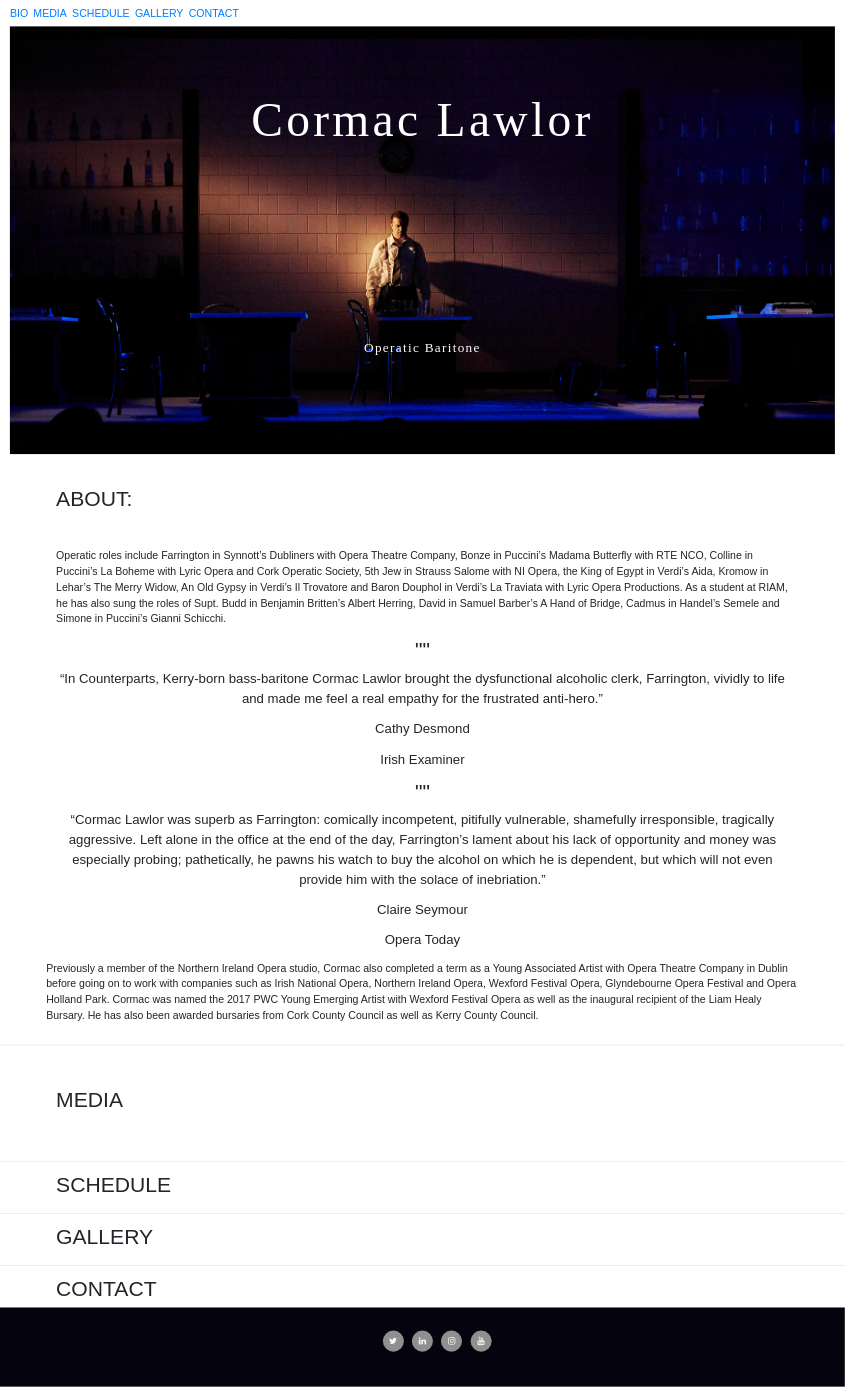
Repository: armedcor/frontend-project
Page: index.html
The author's editor kept a record of every edit. The page is drawn from the files as they stood at one moment, then again after the next edit.
The browser window is 1280 px wide. The page is 1280 px wide, then 1295 px, so the pictures cover 1295 px, including what lies to the right of the window. The pictures show the whole page, at 66% of full size.
Backgrounds fixed to the window are drawn as part of the page. Some web fonts or font styles are not loaded; a fallback is used.

Above is the page before.

After the next edit:
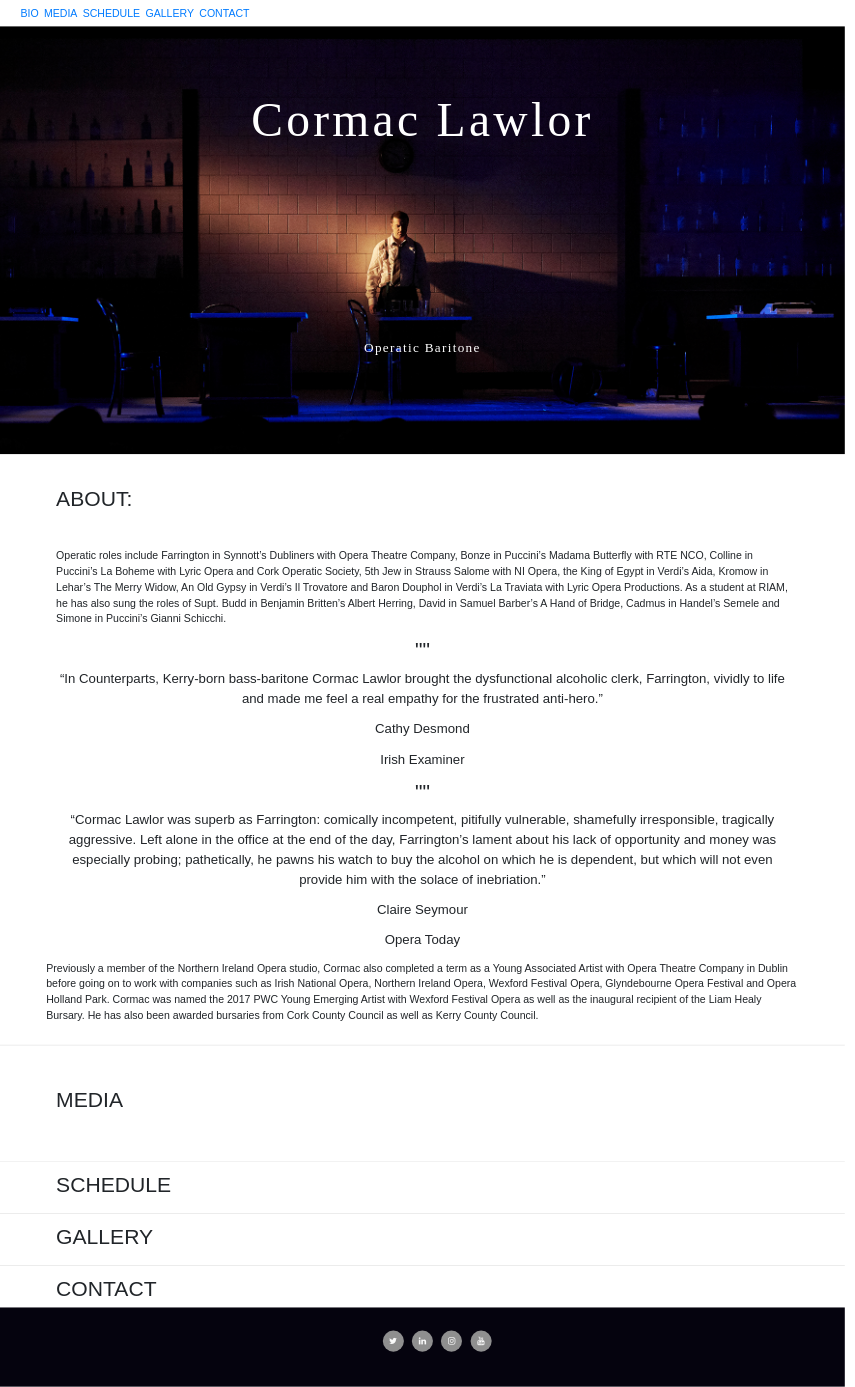
The edit:
--- a/index.html
+++ b/index.html
@@ -18,16 +18,17 @@
 
 <body>
     <!-- Main landing image -->
-<div class="container-fluid">
-            <nav class="navbar navbar-nav navbar-expand-sm">
-                <ul class="navbar-nav mr-auto">
-                    <li class="active nav-item mr-2"><a class="page-scroll" href="#about-me">BIO</a></li>
-                    <li class="nav-item mr-2"><a class="page-scroll" href="#media">MEDIA</a></li>
-                    <li class="nav-item mr-2"><a class="page-scroll" href="#schedule">SCHEDULE</a></li>
-                    <li class="nav-item mr-2"><a class="page-scroll" href="#gallery">GALLERY</a></li>
-                    <li class="nav-item mr-2"><a class="page-scroll" href="#contact">CONTACT</a></li>
-                </ul>
-            </nav>
+    <div class="container-fluid nav-container">
+        <nav class="navbar navbar-dark navbar-expand-sm">
+            <ul class="navbar-nav mr-auto">
+                <li class="active nav-item mr-2"><a class="page-scroll" href="#about-me">BIO</a></li>
+                <li class="nav-item mr-2"><a class="page-scroll" href="#media">MEDIA</a></li>
+                <li class="nav-item mr-2"><a class="page-scroll" href="#schedule">SCHEDULE</a></li>
+                <li class="nav-item mr-2"><a class="page-scroll" href="#gallery">GALLERY</a></li>
+                <li class="nav-item mr-2"><a class="page-scroll" href="#contact">CONTACT</a></li>
+            </ul>
+        </nav>
+    </div>
 
 
     <div class="container-fluid callout-container">
